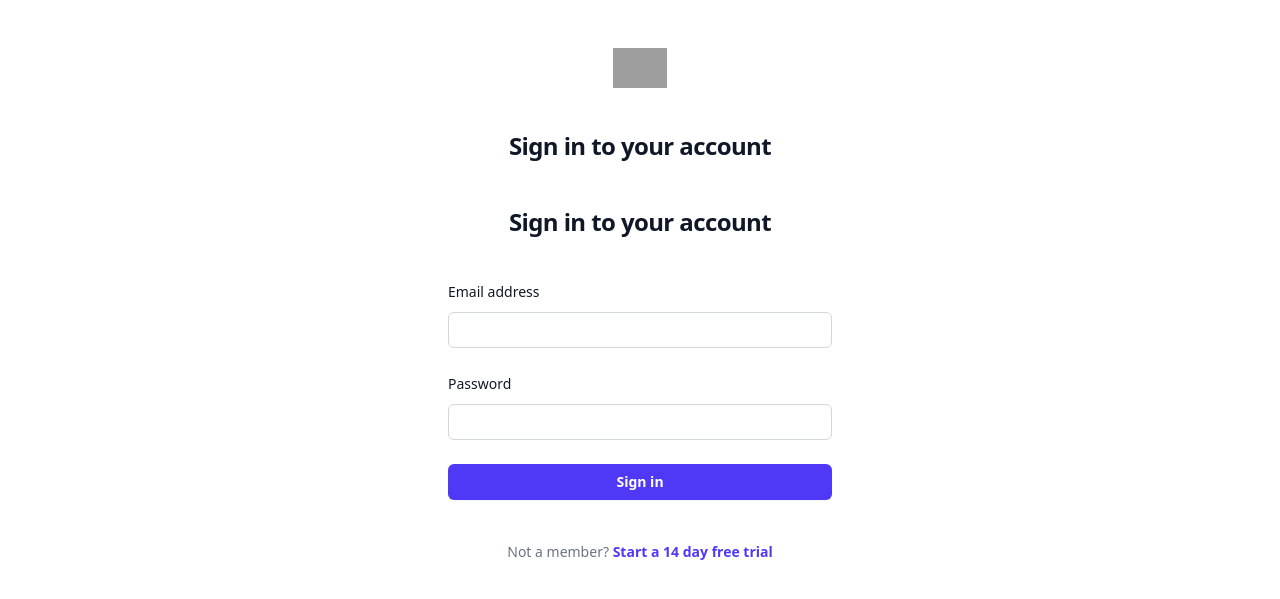
Repository: EclipticCode/Audit-Ease-FE
Page: /
These files come from the project's save history. The page is drawn as it stood at one moment and after the next save; the edit follows.
The browser window is 1280 px wide. The pictures show the whole page.
Pictures or frames that could not be fetched are drawn as grey boxes. The project was rebuilt for these pictures with package versions that can differ from the ones it lists, and the page was loaded fresh each time. Also part of the build but not shown: vite.config.js.

Above is the page before, as saved 2025-03-27 18:15:37.

### index.html
<!doctype html>
<html lang="en">
  <head>
    <meta charset="UTF-8" />
    <link rel="icon" type="image/svg+xml" href="" />
    <meta name="viewport" content="width=device-width, initial-scale=1.0" />
    <title>Audit Ease</title>
  </head>
  <body>
    <div id="root"></div>
    <script type="module" src="/src/main.jsx"></script>
  </body>
</html>

### src/main.jsx
import React from "react";
import ReactDOM from "react-dom/client";
import App from "./App";
import "./index.css"; // Ensure Tailwind styles are imported

ReactDOM.createRoot(document.getElementById("root")).render(
  <React.StrictMode>
    <App />
  </React.StrictMode>
);

### src/App.jsx
import React from 'react'
import Login from '../Login'

const App = () => {
  return (
   <div>
    <Login/>
   </div>
  )
}

export default App

### src/index.css
@import url('https://fonts.googleapis.com/css2?family=Roboto:ital,wght@0,100..900;1,100..900&display=swap');

@import "tailwindcss";

@theme {
  --font-roboto: "Roboto", sans-serif;
  --font-weight-light: 300;
  --font-weight-normal: 400;
  --font-weight-medium: 500;
  --font-weight-semibold: 600;
  --font-weight-bold: 700;
  --color-soft-primary: #B2C4FB;
  --color-light-primary: #053ADA;
  --color-dark-primary: #032691;
  --color-deep-primary: #021655;
  --color-soft-seconday: #FFFFFF;
  --color-light-seconday: #B1B1B1;
  --color-dark-seconday: #263238;
  --color-deep-seconday: #000000;

}

### Login.jsx
import React from "react";

const Login = () => {
  return (
    <div className="flex min-h-full flex-1 flex-col justify-center px-6 py-12 lg:px-8">
      <div className="sm:mx-auto sm:w-full sm:max-w-sm">
        <img
          alt="Your Company"
          src="https://tailwindcss.com/plus-assets/img/logos/mark.svg?color=indigo&shade=600"
          className="mx-auto h-10 w-auto"
        />
        <h1 className="mt-10 text-center text-2xl/9 font-bold tracking-tight text-gray-900">
          Sign in to your account
        </h1>
        <h2 className="mt-10 text-center text-2xl/9 font-bold tracking-tight text-gray-900">
          Sign in to your account
        </h2>
      </div>

      <div className="mt-10 sm:mx-auto sm:w-full sm:max-w-sm">
        <form action="#" method="POST" className="space-y-6">
          <div>
            <label
              htmlFor="email"
              className="block text-sm/6 font-medium text-gray-900"
            >
              Email address
            </label>
            <div className="mt-2">
              <input
                id="email"
                name="email"
                type="email"
                required
                autoComplete="email"
                className="block w-full rounded-md bg-white px-3 py-1.5 text-base text-gray-900 outline-1 -outline-offset-1 outline-gray-300 placeholder:text-gray-400 focus:outline-2 focus:-outline-offset-2 focus:outline-indigo-600 sm:text-sm/6"
              />
            </div>
          </div>

          <div>
            <div className="flex items-center justify-between">
              <label
                htmlFor="password"
                className="block text-sm/6 font-medium text-gray-900"
              >
                Password
              </label>
            </div>
            <div className="mt-2">
              <input
                id="password"
                name="password"
                type="password"
                required
                autoComplete="current-password"
                className="block w-full rounded-md bg-white px-3 py-1.5 text-base text-gray-900 outline-1 -outline-offset-1 outline-gray-300 placeholder:text-gray-400 focus:outline-2 focus:-outline-offset-2 focus:outline-indigo-600 sm:text-sm/6"
              />
            </div>
          </div>

          <div>
            <button
              type="submit"
              className="flex w-full justify-center rounded-md bg-indigo-600 px-3 py-1.5 text-sm/6 font-semibold text-white shadow-xs hover:bg-indigo-500 focus-visible:outline-2 focus-visible:outline-offset-2 focus-visible:outline-indigo-600"
            >
              Sign in
            </button>
          </div>
        </form>

        <p className="mt-10 text-center text-sm/6 text-gray-500">
          Not a member?{" "}
          <a
            href="#"
            className="font-semibold text-indigo-600 hover:text-indigo-500"
          >
            Start a 14 day free trial
          </a>
        </p>
      </div>
    </div>
  );
};

export default Login;

After the next save:
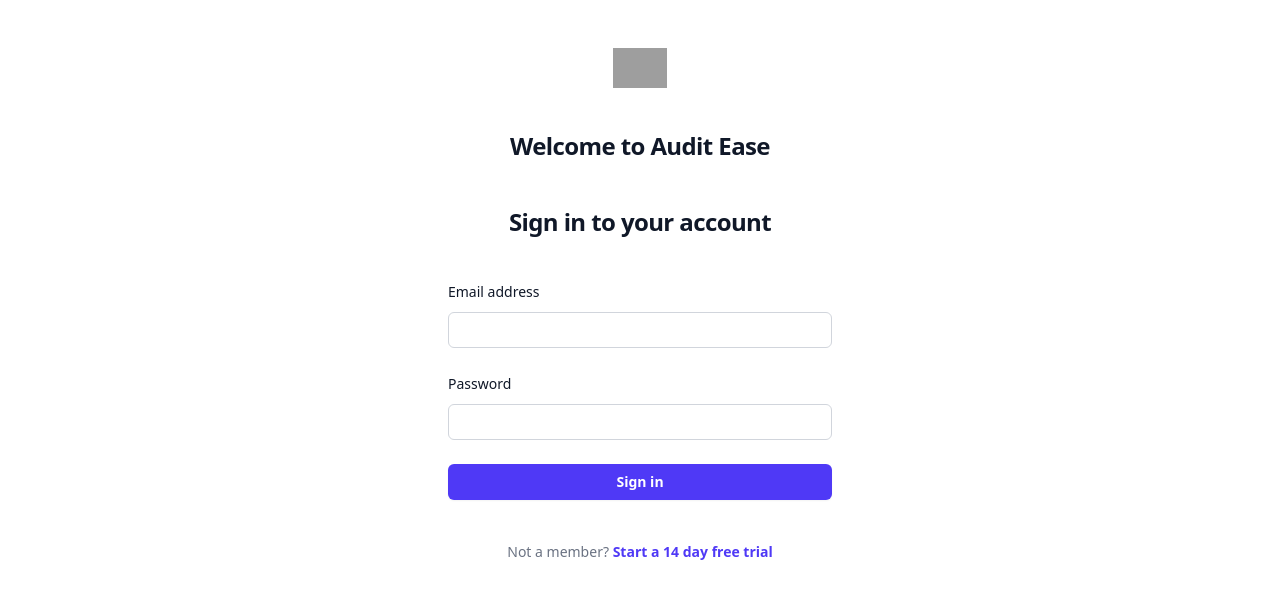
Saved 9 s later.
--- a/Login.jsx
+++ b/Login.jsx
@@ -10,7 +10,7 @@ const Login = () => {
           className="mx-auto h-10 w-auto"
         />
         <h1 className="mt-10 text-center text-2xl/9 font-bold tracking-tight text-gray-900">
-          Sign in to your account
+          Welcome to Audit Ease
         </h1>
         <h2 className="mt-10 text-center text-2xl/9 font-bold tracking-tight text-gray-900">
           Sign in to your account
